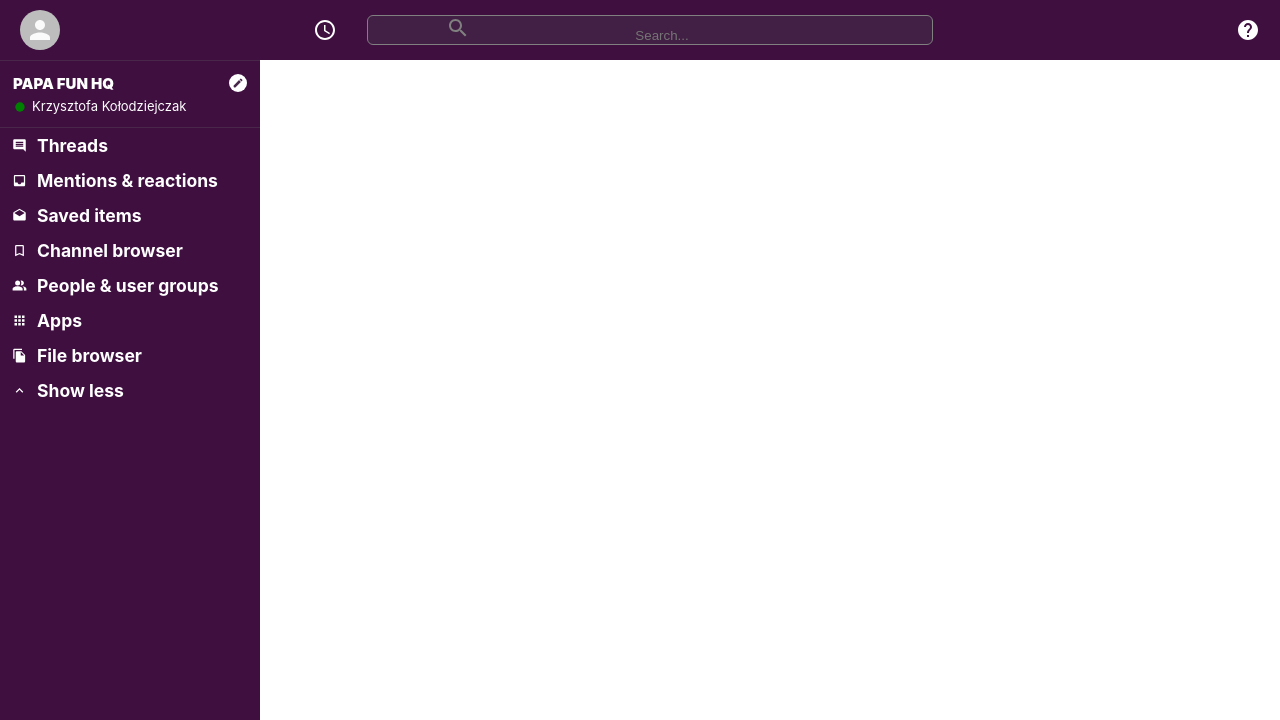
Repository: KrzysKolo/slackClone
Page: /
An editor plug-in stored every save of this project. The page is shown before and after the next save, followed by the edit.
The browser window is 1280 px wide. The pictures show the whole page.
The project was rebuilt for these pictures with package versions that can differ from the ones it lists, and the page was loaded fresh each time. Also part of the build but not shown: src/App.css, src/pages/About/About.js.

Above is the page before, as saved 2021-12-27 16:13:53.

### src/index.css
* {
  margin: 0;
  padding: 0;
  box-sizing: border-box;
}
body {
  --slack-color: #3f0f40;
  overflow: hidden;

  margin: 0;
  font-family: -apple-system, BlinkMacSystemFont, 'Segoe UI', 'Roboto', 'Oxygen',
    'Ubuntu', 'Cantarell', 'Fira Sans', 'Droid Sans', 'Helvetica Neue',
    sans-serif;
  -webkit-font-smoothing: antialiased;
  -moz-osx-font-smoothing: grayscale;
}

code {
  font-family: source-code-pro, Menlo, Monaco, Consolas, 'Courier New',
    monospace;
}

### src/App.js
import './App.css';
import {BrowserRouter as Router, Routes, Route, Link } from 'react-router-dom';
import { AppBody } from './style';
import { About } from './pages'
import { Header, Sidebar } from './components';

function App() {
  return (
    <Router>
      <>
        <Header />
        <AppBody>
          <Sidebar />
          <Routes>
            <Route path='/' exact  />
          </Routes>
        </AppBody>
      </>
    </Router>
  );
}

export default App;

### src/style.js
import styled from 'styled-components';

export const AppBody = styled.div`
  display: flex;
  height: 100vh;
`;

### src/components/index.js
export { default as Header } from './Header';
export { default as Sidebar } from './Sidebar';
export { default as SidebarOption } from './SidebarOption';

### src/components/SidebarOption/index.js
export { default } from './SidebarOption';

### src/components/Header/Header.js
import React from 'react';
import { HeaderContainer, HeaderLeft, HeaderAvatar, HeaderSearch, HeaderRight } from './style';
import AccessTimeIcon from '@material-ui/icons/AccessTime';
import SearchIcon from '@material-ui/icons/Search';
import HelpIcon from '@material-ui/icons/Help';


const Header = () => {
  return (
    <HeaderContainer>
      {/*  Header Left */}
      <HeaderLeft>
        <HeaderAvatar

         />
         <AccessTimeIcon />
      </HeaderLeft>
      {/*  Header Search */}
      <HeaderSearch>
        <SearchIcon />
        <input placeholder='Search...' />
      </HeaderSearch>
      {/*  Header Right */}
      <HeaderRight>
        <HelpIcon />
      </HeaderRight>
    </HeaderContainer>
  )
}

export default Header;

### src/components/Sidebar/Sidebar.js
import React from 'react';
import { SidebarContainer, SidebarHead, SidebarInfo } from './style';
import { SidebarOption } from './../';
import FiberManualRecordIcon from '@material-ui/icons/FiberManualRecord';
import CreateIcon from '@material-ui/icons/Create';
import InsertCommentIcon from '@material-ui/icons/InsertComment';
import InboxIcon from '@material-ui/icons/Inbox';
import DraftsIcon from '@material-ui/icons/Drafts';
import BookmarkBorderIcon from '@material-ui/icons/BookmarkBorder';
import PeopleAltIcon from '@material-ui/icons/PeopleAlt';
import AppsIcon from '@material-ui/icons/Apps';
import FileCopyIcon from '@material-ui/icons/FileCopy';
import ExpandLessIcon from '@material-ui/icons/ExpandLess';




const Sidebar = () => {
  return (
    <SidebarContainer>
      <SidebarHead>
        <SidebarInfo>
          <h2>PAPA FUN HQ</h2>
          <h3>
            <FiberManualRecordIcon  />
            Krzysztofa Kołodziejczak
          </h3>
        </SidebarInfo>
        <CreateIcon />
      </SidebarHead>
      <SidebarOption Icon={InsertCommentIcon} title="Threads" />
      <SidebarOption Icon={InboxIcon} title="Mentions & reactions" />
      <SidebarOption Icon={DraftsIcon} title="Saved items" />
      <SidebarOption Icon={BookmarkBorderIcon} title="Channel browser" />
      <SidebarOption Icon={PeopleAltIcon} title="People & user groups" />
      <SidebarOption Icon={AppsIcon} title="Apps" />
      <SidebarOption Icon={FileCopyIcon} title="File browser" />
      <SidebarOption Icon={ExpandLessIcon} title="Show less" />
    </SidebarContainer>
  )
}

export default Sidebar;

### src/components/SidebarOption/SidebarOption.js
import React from 'react';
import {SidebarOptionContainer, SidebarOptionChanel} from './style';

const SidebarOption = ({ Icon, title }) => {
  return (
    <SidebarOptionContainer>
      { Icon && <Icon style={{ fontSize: 15, margin: 10}}/> }
      {Icon ?
      (
        <h3>{title}</h3>
      )
      : (
        <SidebarOptionChanel>
          <span>#</span> {title}
        </SidebarOptionChanel>
      )}
    </SidebarOptionContainer>
  )
}

export default SidebarOption;

### src/components/Header/style.js
import styled from 'styled-components';
import { Avatar } from '@material-ui/core';

export const HeaderContainer = styled.header`
  display: flex;
  position: fixed;
  width: 100%;
  align-items: center;
  justify-content: space-between;
  padding: 10px 0;
  background-color: var(--slack-color);
  color: white;
`;
export const HeaderLeft = styled.div`
  flex: 0.3;
  display: flex;
  align-items: center;
  margin-left: 20px;
  > .MuiSvgIcon-root {
    margin-left: auto;
    margin-right: 30px;
  }
`;

export const HeaderAvatar = styled(Avatar)`
  cursor: pointer;

  :hover {
    opacity: 0.8;
  }
`;

export const HeaderSearch = styled.div`
  flex: 0.4;
  opacity: 1;
  border-radius: 6px;
  background-color: #421f44;
  text-align: center;
  padding: 0 50px;
  color: gray;
  border: 1px gray solid;
  > input {
    background-color: transparent;
    border: none;
    text-align: center;
    min-width: 30vw;
    outline: 0;
    color: white;
  }
`;
export const HeaderRight = styled.div`
  flex: 0.3;
  display: flex;
  align-items: flex-end;
  > .MuiSvgIcon-root {
    margin-left: auto;
    margin-right: 20px;
  }
`;

### src/components/Sidebar/style.js
import styled from 'styled-components';

export const SidebarContainer = styled.div`
  color: white;
  background-color: var(--slack-color);
  flex: 0.3;
  border-top: 1px solid #49274b;
  max-width: 260px;
  margin-top: 60px;
`;

export const SidebarHead = styled.div`
  display: flex;
  border-bottom: 1px solid #49274b;
  padding: 13px;
  > .MuiSvgIcon-root {
    padding: 3px;
    color: #49274b;
    font-size: 18px;
    background: #fff;
    border-radius: 50%;
  }
`;

export const SidebarInfo = styled.div`
  flex: 1;
  > h2 {
  font-size: 15px;
  font-weight: 900;
  margin-bottom: 5px;
  }
  > h3 {
    display: flex;
    font-size: 13px;
    font-weight: 400;
    align-items: center;
  }
  > h3 > .MuiSvgIcon-root {
      font-size: 14px;
      margin-right: 5px;
      margin-top: 1px;
      color: green;
    }
`;

### src/components/SidebarOption/style.js
import styled from 'styled-components';

export const SidebarOptionContainer = styled.div`
  display: flex;
  font-size: 15px;
  align-items: center;
  padding-left: 2px;
  cursor: pointer;
`;
export const SidebarOptionChanel = styled.div``;

Loaded but not shown: public/index.html (common file); src/index.js (common file); src/pages/index.js (common file); src/pages/About/index.js (common file); src/components/Header/index.js (common file); src/components/Sidebar/index.js (common file)

After the next save:
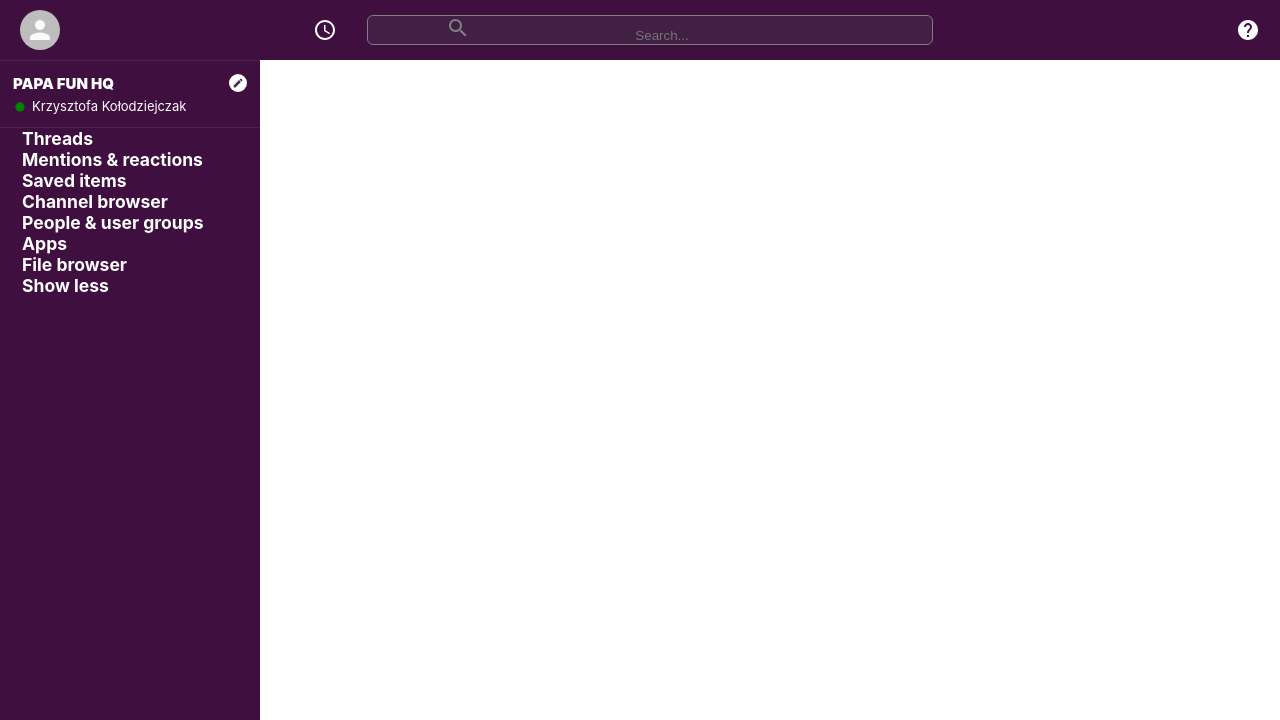
Saved 15 s later.
--- a/src/components/SidebarOption/SidebarOption.js
+++ b/src/components/SidebarOption/SidebarOption.js
@@ -4,7 +4,7 @@
 const SidebarOption = ({ Icon, title }) => {
   return (
     <SidebarOptionContainer>
-      { Icon && <Icon style={{ fontSize: 15, margin: 10}}/> }
+      { Icon && <Icon style={{ fontSize: 15, padding: 10}}/> }
       {Icon ?
       (
         <h3>{title}</h3>

After the save that followed:
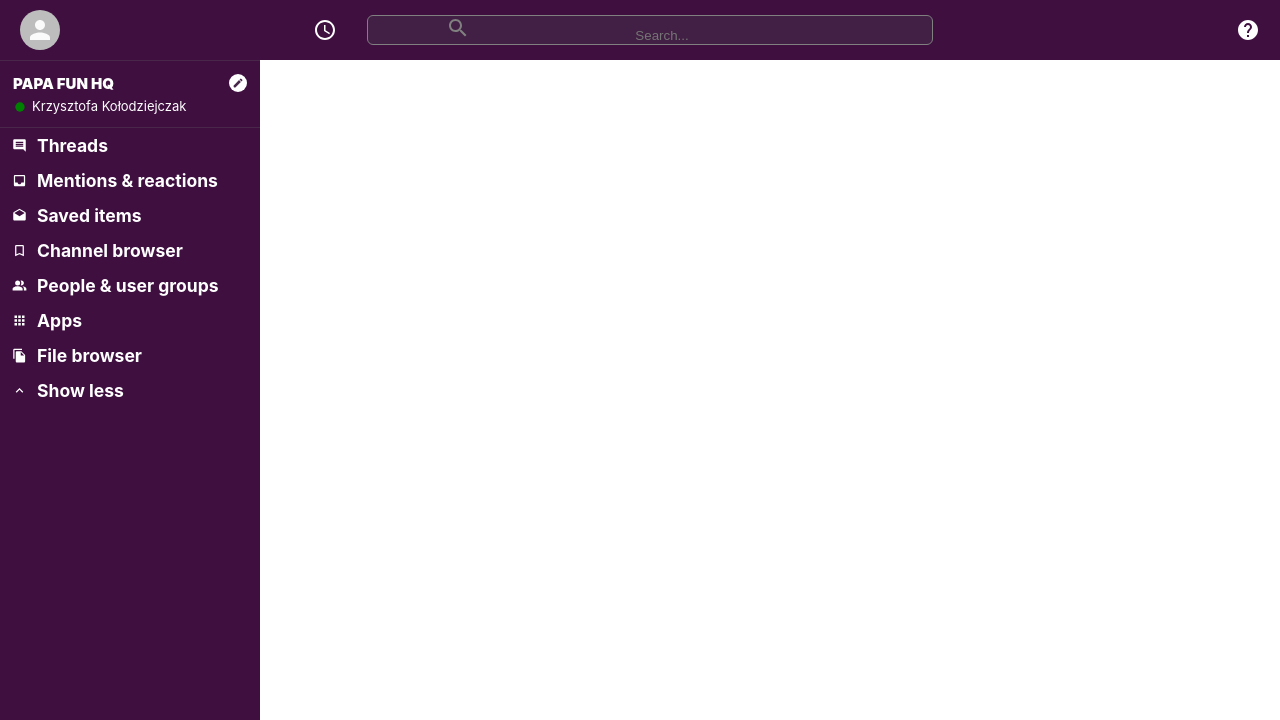
Saved 7 s later.
--- a/src/components/SidebarOption/SidebarOption.js
+++ b/src/components/SidebarOption/SidebarOption.js
@@ -4,7 +4,7 @@
 const SidebarOption = ({ Icon, title }) => {
   return (
     <SidebarOptionContainer>
-      { Icon && <Icon style={{ fontSize: 15, padding: 10}}/> }
+      { Icon && <Icon style={{ fontSize: 15, margin: 10}}/> }
       {Icon ?
       (
         <h3>{title}</h3>
